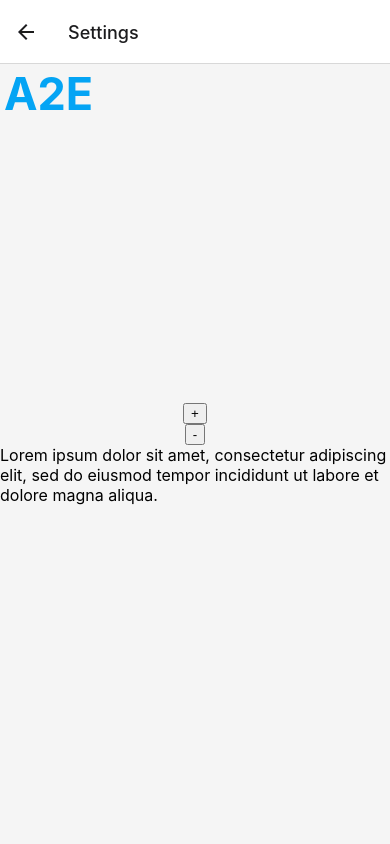
Repository: amartinM1/A2E-UI
Page: /Settings
The author's editor kept a copy of each file at every save. The page is drawn from the files as they stood at one save, then again after the next save.
The browser window is 390 px wide. The pictures show the whole page.
The app was drawn by React Native's web renderer in a window 390 px wide. The project was rebuilt for these pictures with package versions that can differ from the ones it lists, and the page was loaded fresh each time. Some packages were replaced by stand-ins written for this rebuild. Also part of the build but not shown: pages/profile.js, server/server.js, pages/home.js.

Above is the page before, as saved 2023-02-16 11:41:43.

### App.js
import { StatusBar } from 'expo-status-bar';
import React from 'react';
import { StyleSheet, Text, View } from 'react-native';
import Launch from './pages/launch.js';
import Navigator from './navigation/navigator.js';

export default function App() {
  return (
    <Navigator/>
  );
}

### pages/launch.js
import React, {Component} from 'react';
import {
    Text,
    View,
    StyleSheet,
    TouchableOpacity,
} from 'react-native';

function Button({onPress, children}) {
    return (
        <TouchableOpacity onPress={onPress} style={styles.button}>
                <Text style={styles.button_text}>{children}</Text>
        </TouchableOpacity>
    );
}

function Launch({navigation}) {
    return (
        <View style={styles.container}>
            <View style={styles.background_container}>
                <Text style={styles.logo}>A2E</Text>
            </View>
            <View style={styles.main_container}>
                <Text style={styles.title}>Welcome to{"\n"}ASL-to-English</Text>
                <Text style={styles.body}>We translate your ASL to English all in one application.</Text>
                <Button onPress={() => navigation.navigate('Home') }>Get Started</Button>
            </View>
        </View>
    );
}

const styles = StyleSheet.create({
    container: {
        flex: 1,
        alignItems: 'center',
    },
    background_container: {
        position: 'absolute',
        top: 0,
        bottom: 0,
        left: 0,
        right: 0,
        backgroundColor: '#F5F5F5',
    },
    main_container: {
        flex: 1,
        justifyContent: 'center',
        alignItems: 'center',
    },
    logo: {
        fontSize: 45,
        fontWeight: 'bold',
        color: '#04a4f4',
        textAlign: 'left',
        marginLeft: '1%',
        marginTop: '0.5%',
    },
    title: {
        fontSize: 45,
        fontWeight: 'bold',
        color: '#04a4f4',
        marginBottom: '2.5%',
        textAlign: 'center',
    },
    body: {
        fontSize: 20,
        fontWeight: '400',
        color: '#04a4f4',
        marginBottom: '4%',
        textAlign: 'center',
    },
    button: {
        alignItems: 'center',
        backgroundColor: '#04a4f4',
        padding: 10,
        borderRadius: 50,
        width: 250,
    },
    button_text: {
        marginBottom: 2,
        marginTop: 2,
        fontSize: 25,
        fontWeight: '600',
        color: '#FFFFFF',
    },
})

export default Launch;

### navigation/navigator.js
import React from 'react';
import { NavigationContainer } from '@react-navigation/native';
import { createNativeStackNavigator } from '@react-navigation/native-stack';

//pages
import Launch from '../pages/launch';
import Home from '../pages/home';
import Profile from '../pages/profile';
import Settings from '../pages/settings';

//stacks
const LaunchStack = createNativeStackNavigator();

//Launch Page Stack
function Navigator() {
    return (
        <NavigationContainer>
            <LaunchStack.Navigator>
                <LaunchStack.Screen
                    name="Launch"
                    component={Launch}
                    options={{headerShown: false}}
                />
                <LaunchStack.Screen
                    name="Home"
                    component={Home}
                    options={{headerShown: false}}
                />
                <LaunchStack.Screen
                    name="Profile"
                    component={Profile}
                />
                <LaunchStack.Screen
                    name="Settings"
                    component={Settings}
                />
            </LaunchStack.Navigator>
        </NavigationContainer>
    );
}

export default Navigator;

### pages/settings.js
import React, {Component,useState} from 'react';
import {
    Text,
    View,
    StyleSheet,
    TouchableOpacity,
} from 'react-native';

function Settings({navigation}) {

    const [fontSize, setFontSize] = useState(16);
    return (
        <View style={styles.container}>
            <View style={styles.background_container}>
                <Text style={styles.logo}>A2E</Text>
            </View>
            <View style={styles.main_container}>
                <button onClick = {() =>setfontSize(fontSize +2)}>
                    +
                </button>
                <button onClick = {() =>setFontSize(fontSize +2)}>
                    -
                </button>

                <Text style={{
          fontSize: `${fontSize}px`
        }}>
                Lorem ipsum dolor sit amet, consectetur adipiscing elit, sed do eiusmod tempor incididunt ut labore et dolore magna aliqua.</Text>
            </View>
        </View>
    );
}

const styles = StyleSheet.create({
    container: {
        flex: 1,
        alignItems: 'center',
    },
    background_container: {
        position: 'absolute',
        top: 0,
        bottom: 0,
        left: 0,
        right: 0,
        backgroundColor: '#F5F5F5',
    },
    main_container: {
        flex: 1,
        justifyContent: 'center',
        alignItems: 'center',
    },
    logo: {
        fontSize: 45,
        fontWeight: 'bold',
        color: '#04a4f4',
        textAlign: 'left',
        marginLeft: '1%',
        marginTop: '0.5%',
    },
});

export default Settings;

Loaded but not shown: index.js (common file)

After the next save:
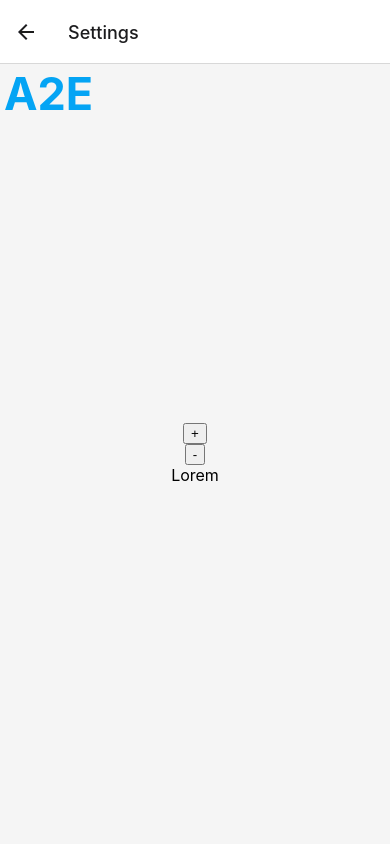
Saved 2 min 33 s later.
--- a/pages/settings.js
+++ b/pages/settings.js
@@ -15,17 +15,14 @@ function Settings({navigation}) {
                 <Text style={styles.logo}>A2E</Text>
             </View>
             <View style={styles.main_container}>
-                <button onClick = {() =>setfontSize(fontSize +2)}>
+                <button onClick = {() =>setfontSize(fontSize + 2)}>
                     +
                 </button>
-                <button onClick = {() =>setFontSize(fontSize +2)}>
+                <button onClick = {() =>setFontSize(fontSize - 2)}>
                     -
                 </button>
 
-                <Text style={{
-          fontSize: `${fontSize}px`
-        }}>
-                Lorem ipsum dolor sit amet, consectetur adipiscing elit, sed do eiusmod tempor incididunt ut labore et dolore magna aliqua.</Text>
+                <Text style={{fontSize: `${fontSize}px` }}>Lorem</Text>
             </View>
         </View>
     );
